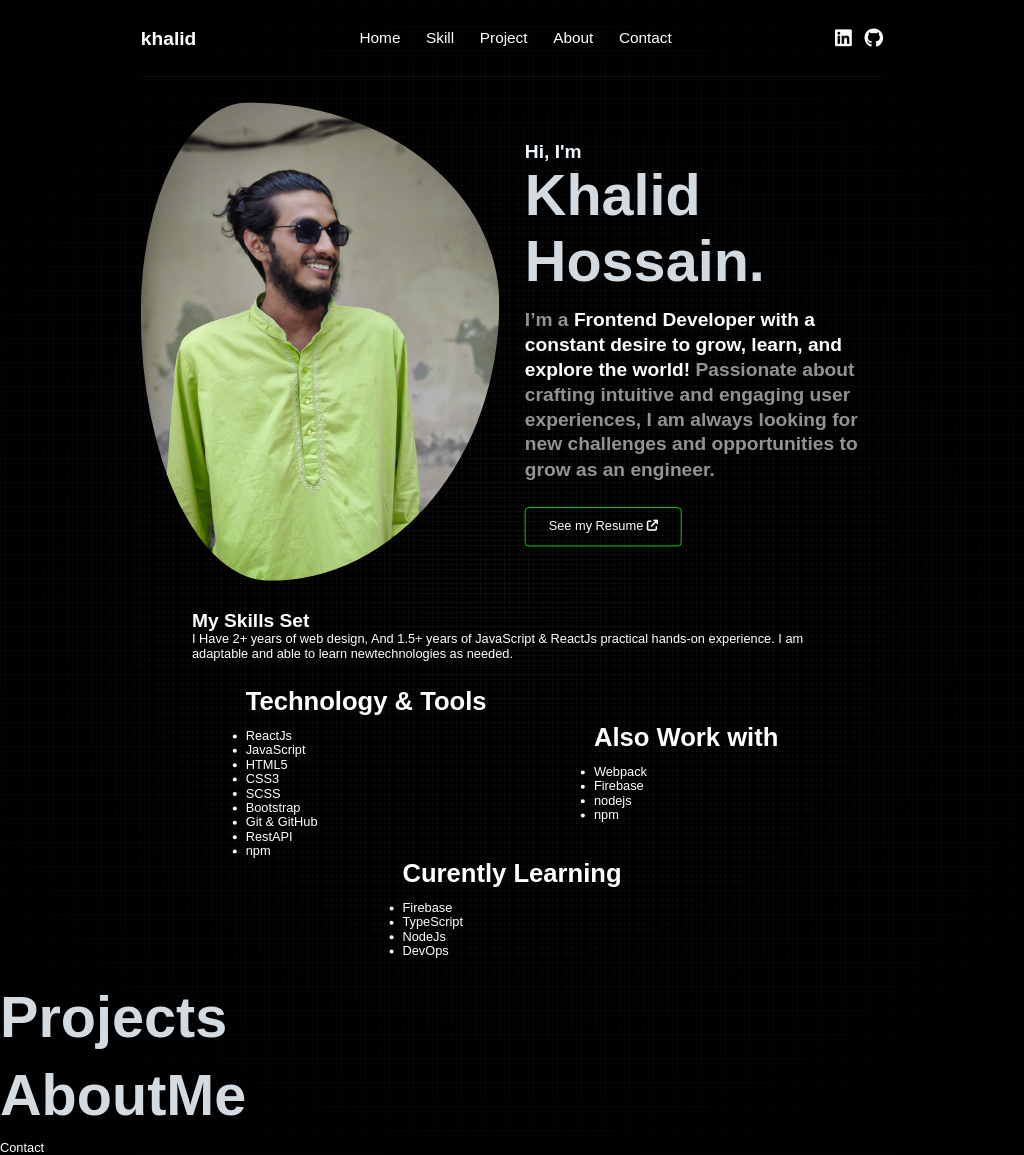
Repository: badhon252/my-portfolio
Page: /
An editor plug-in stored every save of this project. The page is shown before and after the next save, followed by the edit.
The browser window is 1280 px wide. The pictures show the whole page, at 80% of full size.
The project was rebuilt for these pictures with package versions that can differ from the ones it lists, and the page was loaded fresh each time. Also part of the build but not shown: src/Components/Home/Header/Navbar/Navs/LinkedIn/LinkedIn.module.css, src/Components/Home/Header/Navbar/Navs/GitHub/Github.module.css.

Above is the page before, as saved 2023-01-16 14:43:47.

### public/index.html
<!DOCTYPE html>
<html lang="en">

<head>
    <meta charset="utf-8" />
    <link rel="icon" href="%PUBLIC_URL%/favicon.ico" />
    <meta name="viewport" content="width=device-width, initial-scale=1" />
    <meta name="theme-color" content="#000000" />
    <meta name="description" content="Web site created using create-react-app, Portfolio" />
    <link rel="apple-touch-icon" href="%PUBLIC_URL%/logo192.png" />
    <link rel="stylesheet" href="https://cdnjs.cloudflare.com/ajax/libs/font-awesome/6.2.1/css/all.min.css">
    <link rel="manifest" href="%PUBLIC_URL%/manifest.json" />

    <title>Portfolio Website</title>
</head>

<body>
    <div id="root"></div>

    <script src="https://platform.linkedin.com/badges/js/profile.js" async defer type="text/javascript"></script>

</body>

</html>

### src/index.css
body {
    margin: 0;
    font-family: -apple-system, BlinkMacSystemFont, 'Segoe UI', 'Roboto', 'Oxygen', 'Ubuntu', 'Cantarell', 'Fira Sans', 'Droid Sans', 'Helvetica Neue', sans-serif;
    -webkit-font-smoothing: antialiased;
    -moz-osx-font-smoothing: grayscale;
    background-color: #000000;
    background-image: radial-gradient(circle at center center, transparent 0%, rgb(0, 0, 0) 99%), repeating-linear-gradient(0deg, rgba(163, 163, 163, 0.07) 0px, rgba(163, 163, 163, 0.07) 1px, transparent 1px, transparent 6px), repeating-linear-gradient(90deg, rgba(163, 163, 163, 0.07) 0px, rgba(163, 163, 163, 0.07) 1px, transparent 1px, transparent 6px), linear-gradient(90deg, rgb(0, 0, 0), rgb(0, 0, 0));
    color: #ffffff;
}

* {
    margin: 0;
    padding: 0;
    box-sizing: border-box;
    font-family: 'Poppins', sans-serif;
}

.container {
    margin: 2rem 15rem;
}

### src/App.js
import Home from './Components/Home/Home';

function App() {
  return (
    <div className="App">
      <Home/>
    </div>
  );
}

export default App;

### src/Components/Home/Home.jsx
import AboutMe from "./AboutMe/AboutMe";
import Footer from "./Footer/Footer";
import Header from "./Header/Header";
import Projects from "./Project/Projects";
import Skill from "./Skill/Skill";


export default function Home() {
  return (
    <div>
        <Header />
        <Skill/>
        <Projects/>
        <AboutMe/>
        <Footer/>

    </div>
  )
}

### src/Components/Home/AboutMe/AboutMe.jsx
import React from 'react';

const AboutMe = () => {
    return (
        <div>
            <h1>AboutMe</h1>
        </div>
    );
}

export default AboutMe;

### src/Components/Home/Footer/Footer.jsx
import React from 'react'
import Contact from './Contact/Contact'

export default function Footer() {
  return (
    <div>
        <Contact/>
    </div>
  )
}

### src/Components/Home/Header/Header.jsx
import React from 'react'
import HeaderContent from './HeaderContent/HeaderContent'
import Navbar from './Navbar/Navbar'
import Classes from './Header.module.css'

export default function Header() {
  return (
    <div className={Classes.header}>
      <Navbar/>
      <HeaderContent/>
    </div>
  )
}

### src/Components/Home/Project/Projects.jsx
import React from 'react';

const Projects = () => {
    return (
        <div>
            <h1>Projects</h1>
        </div>
    );
}

export default Projects;

### src/Components/Home/Skill/Skill.jsx
import "./Skill.css"
const SkillEfficiency = () => {
    return (
       <div id="skill" className="skillSet container">
            <div className="skillSet__title">
                <h2>My Skills Set</h2>

                <div className="skillSet__title__line">
                     I Have 2+ years of web design, And 1.5+ years of JavaScript & ReactJs practical hands-on experience.
                   <span>  I am adaptable and able to learn newtechnologies as needed.</span>
                </div>

                    <ul className="skills">
                     <div>
                        <div className="skillSet__title__text">Technology & Tools</div>
                            <li>ReactJs</li>
                            <li>JavaScript</li>
                            <li>HTML5</li>
                            <li>CSS3</li>
                            <li>SCSS</li>
                            <li>Bootstrap</li>
                            <li>Git & GitHub</li>
                            <li>RestAPI</li>
                            <li>npm</li>

                    </div>
                    <div>
                        <div className="skillSet__title__text">Also Work with</div>
                        <li>Webpack</li>
                            <li>Firebase</li>
                            <li>nodejs</li>
                            <li>npm</li>

                        </div>
                    <div>
                        <div className="skillSet__title__text">Curently Learning</div>
                            <li>Firebase</li>
                            <li>TypeScript</li>
                            <li>NodeJs</li>
                            <li>DevOps</li>
                        </div>

                    </ul>

            </div>
       </div>
    );
}

export default SkillEfficiency;

### src/Components/Home/Header/HeaderContent/HeaderContent.jsx
import Badhon from "../../../../Assests/Images/badhon.jpg";
import HeroSection from './HeroSection'
import Classes from "./Header.module.css";

export default function HeaderContent() {
  return (
    <div>
      <div className={Classes.heroSection}>
          <div className={Classes.row}>
            <HeroSection col={Classes.col}/>
            <div className={Classes.col}>
              <img src={Badhon} alt="Badhon" className={Classes.heroImage} />
            </div>

        </div>
      </div>
    </div>
  )
}

### src/Components/Home/Header/Navbar/Navbar.jsx
import "./Navs/Navs.css"
import "./Navbar.css"
import NavbarBrand from './NavbarBrand/NavbarBrand'
import Nav from './Navs/Nav/Nav'
import LinkedIn from './Navs/LinkedIn/LinkedIn'
import GitHub from './Navs/GitHub/Github'

export default function Navbar() {
  return (
    <div className='navBar borderBottom'>
            <NavbarBrand/>
            <Nav/>
         <div className='navBar'>
            <LinkedIn/>
            <GitHub/>
         </div>
    </div>
  )
}

### src/Components/Home/Header/Header.module.css
.header {
    min-height: 100vh;
    margin: 0 10rem;
    color: aliceblue;
    padding: 0 1rem;
}

### src/Components/Home/Skill/Skill.css
#skillSet {
    text-align: center;
}

.skills {
    margin: 2rem 0;
    display: flex;
    flex-direction: row;
    justify-content: space-around;
    align-items: center;
    flex-wrap: wrap;
}

.skillSet__title__text {
    font-size: 2rem;
    font-weight: 600;
    margin-bottom: 1rem;
}

### src/Components/Home/Header/HeaderContent/HeroSection.jsx
import Classes from "./Header.module.css";


export default function HeroSection({col}) {
  return (
    <div className={col}>
          <h2 className={Classes.h1}>Hi, I'm</h2>
          <h1 className={Classes.h1}>Khalid Hossain.</h1>
          <p>
            I’m a <span>Frontend Developer with a constant desire to grow, learn, and explore the world!</span> Passionate about crafting intuitive and engaging user experiences,
            I am always looking for new challenges and opportunities to grow as an engineer.
          </p>

             <a className={Classes.resume} href="https://drive.google.com/file/d/1dNWfd7X8CYs_9THDZo58HHKVKzD8WfeY/view?usp=share_link" target="_blank" rel="noreferrer">
               See my Resume <i class="fa-solid fa-arrow-up-right-from-square"></i>
              </a>

    </div>
  );
}

### src/Components/Home/Header/HeaderContent/Header.module.css
.row {
    display: flex;
    flex-direction: row-reverse;
    justify-content: space-between;
    align-items: center;
    flex-wrap: wrap;
    margin: 2rem 0;
    gap: 2rem;
}

.col {
    flex-basis: 45%;
    flex: 1;
}

.heroImage {
    min-width: 300px;
    max-width: 600px;
    width: 100%;
    height: auto;
    box-sizing: border-box;
    overflow: hidden;
    transition: .5s;
    border-radius: 30% 70% 64% 36% / 44% 42% 58% 56%;
}

.heroImage:hover {
    border-radius: 20%;
}

h1 {
    font-size: 4.5em;
    font-weight: 700;
    margin-bottom: 1rem;
    color: rgba(240, 248, 255, 0.877);
}

p {
    font-size: 1.5em;
    font-weight: 600;
    margin-bottom: 1rem;
    color: rgba(255, 255, 255, 0.568);
    line-height: 1.3;
}

p span {
    color: #fcfcfc;
}

.resume {
    padding: .9rem 1.8rem;
    border: 1px solid #09ff01;
    font-size: 1rem;
    font-weight: 500;
    margin-top: 1rem;
    outline: none;
    border-radius: 5px;
    background: none;
    color: #fcfcfc;
    transition: .5s;
    cursor: pointer;
    text-decoration: none;
    display: inline-block;
}

.resume:hover {
    color: rgb(7, 7, 7);
    background-color: rgb(0, 255, 21);
}

.resume:active {
    transform: scale(0.95);
}

### src/Components/Home/Header/Navbar/Navs/Navs.css
.flexRow {
    display: flex;
    justify-content: space-between;
    align-items: center;
    flex-wrap: wrap;
    gap: 2rem;
}

.me_1 {
    margin-right: 1rem;
}

### src/Components/Home/Header/Navbar/Navbar.css
.boxShadow {
    -webkit-box-shadow: 0px 22px 40px -37px rgba(255, 255, 255, 1);
    -moz-box-shadow: 0px 22px 40px -37px rgba(255, 255, 255, 1);
    box-shadow: 0px 22px 40px -37px rgba(255, 255, 255, 1);
}

.borderBottom {
    border-bottom: 1px solid #f6f6f612;
}

### src/Components/Home/Header/Navbar/NavbarBrand/NavbarBrand.jsx
import Classes from "./NavbarBrand.module.css"
export default function NavbarBrand() {
  return (
    <div className={Classes.navbarBrand}>khalid</div>
  )
}

### src/Components/Home/Header/Navbar/Navs/Nav/Nav.jsx
import "./../Navs.css"
import "./Nav.css"
export default function Nav() {
  return (
    <div>
        <nav className="navBar" >
            <div className="container-fluid">

                {/* <button className="navbar-toggler" type="button" data-bs-toggle="collapse" data-bs-target="#navbarSupportedContent" aria-controls="navbarSupportedContent" aria-expanded="false" aria-label="Toggle navigation">
                <span className="navbar-toggler-icon"></span>
                </button> */}
                <div className="collapse navbar-collapse" id="navbarSupportedContent">
                <ul className="flexRow navbar-nav me-auto mb-2 mb-lg-0">
                    <li className="nav-item">
                    <a className="nav-link" href="#home">Home</a>
                    </li>
                    <li className="nav-item">
                    <a className="nav-link" href="#skill">Skill</a>
                    </li>
                    <li className="nav-item">
                    <a className="nav-link" href="#project">Project</a>
                    </li>
                    <li className="nav-item">
                    <a className="nav-link" href="#aboutMe">About</a>
                    </li>
                     <li className="nav-item">
                    <a className="nav-link" href="#contact">Contact</a>
                    </li>

                </ul>

                </div>
            </div>
        </nav>
    </div>
  )
}

### src/Components/Home/Header/Navbar/Navs/LinkedIn/LinkedIn.jsx
import "./LinkedIn.module.css"

export default function LinkedIn() {
  return (
    <div className='me_1' >
      <a href="https://www.linkedin.com/in/khalidhossainbadhon/" target="_blank" rel="noreferrer">
     <i class="fa-brands fa-linkedin"></i>
      </a>
    </div>
  )
}

### src/Components/Home/Header/Navbar/Navs/GitHub/Github.jsx
import Classes from "./Github.module.css"

export default function GitHub() {
  return (
    <div className={Classes.faBrands}>
      <a href="https://github.com/badhon252"><i class="fa-brands fa-github"></i></a>
    </div>
  )
}

### src/Components/Home/Header/Navbar/NavbarBrand/NavbarBrand.module.css
.navbarBrand {
    font-size: 1.5rem;
    font-weight: 700;
    color: rgb(255, 255, 255);
}

### src/Components/Home/Header/Navbar/Navs/Nav/Nav.css
.navBar {
    display: flex;
    justify-content: space-between;
    align-items: center;
    padding: 1.1rem 0;
    flex-wrap: wrap;
}

.navbar-nav {
    list-style-type: none;
    display: flex;
    justify-content: space-between;
}

.navbar-nav li a {
    text-decoration: none;
    color: rgb(255, 255, 255);
    font-size: 1.2rem;
    font-weight: 500;
    transition: all 0.3s ease-in-out;
}

.navbar-nav li a:hover {
    color: #49ff12;
}

.navbar-nav li a.active {
    color: #bb0707;
}

.navbar-nav li a.active:hover {
    color: #f1f1f1;
}

.navbar-nav li a.active::after {
    content: "";
    display: block;
    width: 100%;
    height: 2px;
    background: #f1f1f1;
    margin-top: 5px;
}

.navbar-nav li a.active:hover::after {
    background: #f1f1f1;
}

.fa-brands,
.fab {
    font-weight: 400;
    font-size: 1.5rem;
    color: #fff;
}

Loaded but not shown: src/index.js (common file); src/reportWebVitals.js (common file); src/Components/Home/Footer/Contact/Contact.jsx (common file)

After the next save:
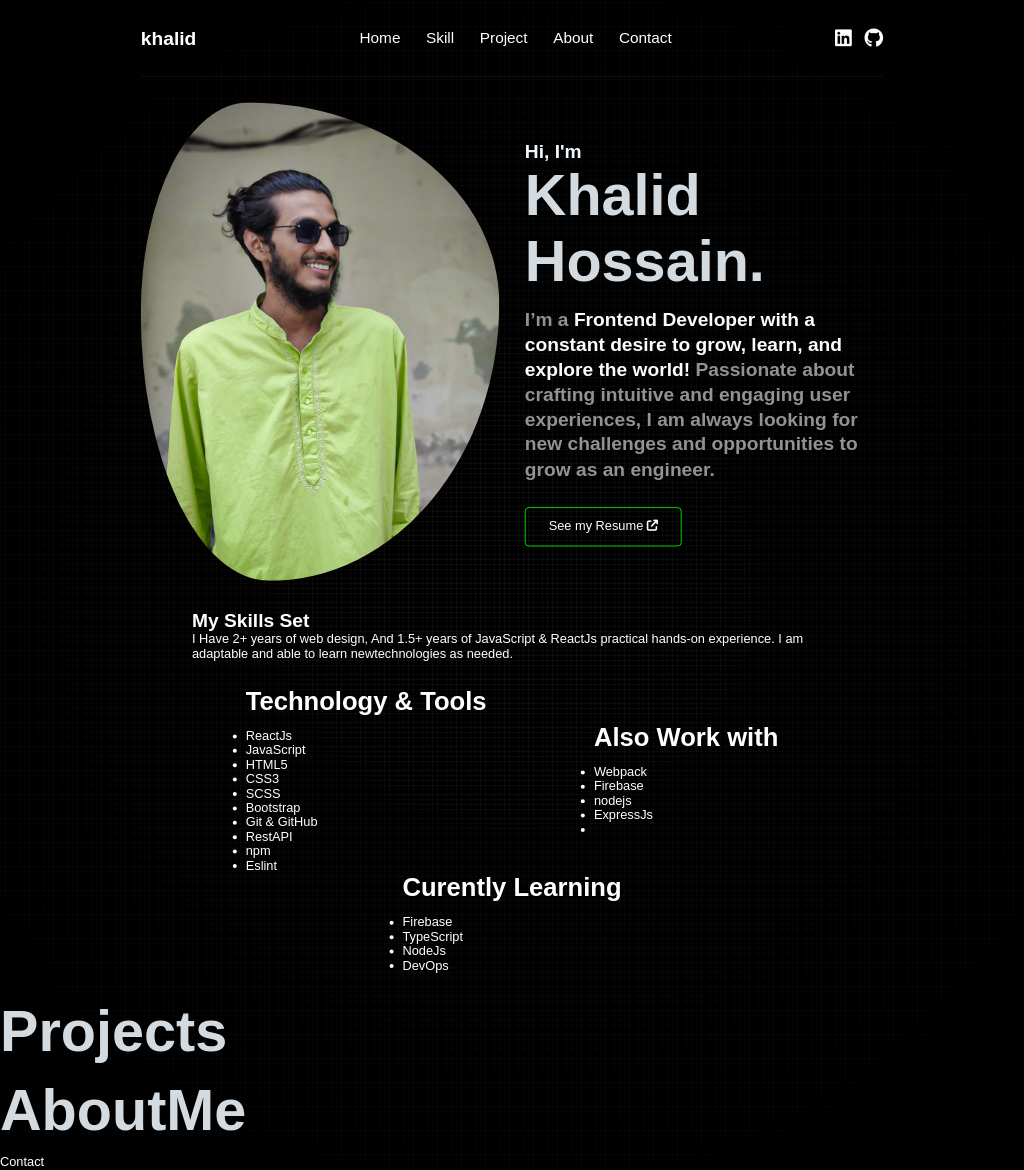
Saved 58 s later.
--- a/src/Components/Home/Skill/Skill.jsx
+++ b/src/Components/Home/Skill/Skill.jsx
@@ -22,14 +22,16 @@ const SkillEfficiency = () => {
                             <li>Git & GitHub</li>
                             <li>RestAPI</li>
                             <li>npm</li>
+                            <li>Eslint</li>
 
                     </div>
                     <div>
                         <div className="skillSet__title__text">Also Work with</div>
-                        <li>Webpack</li>
+                            <li>Webpack</li>
                             <li>Firebase</li>
                             <li>nodejs</li>
-                            <li>npm</li>
+                            <li>ExpressJs</li>
+                            <li></li>
 
                         </div>
                     <div>
